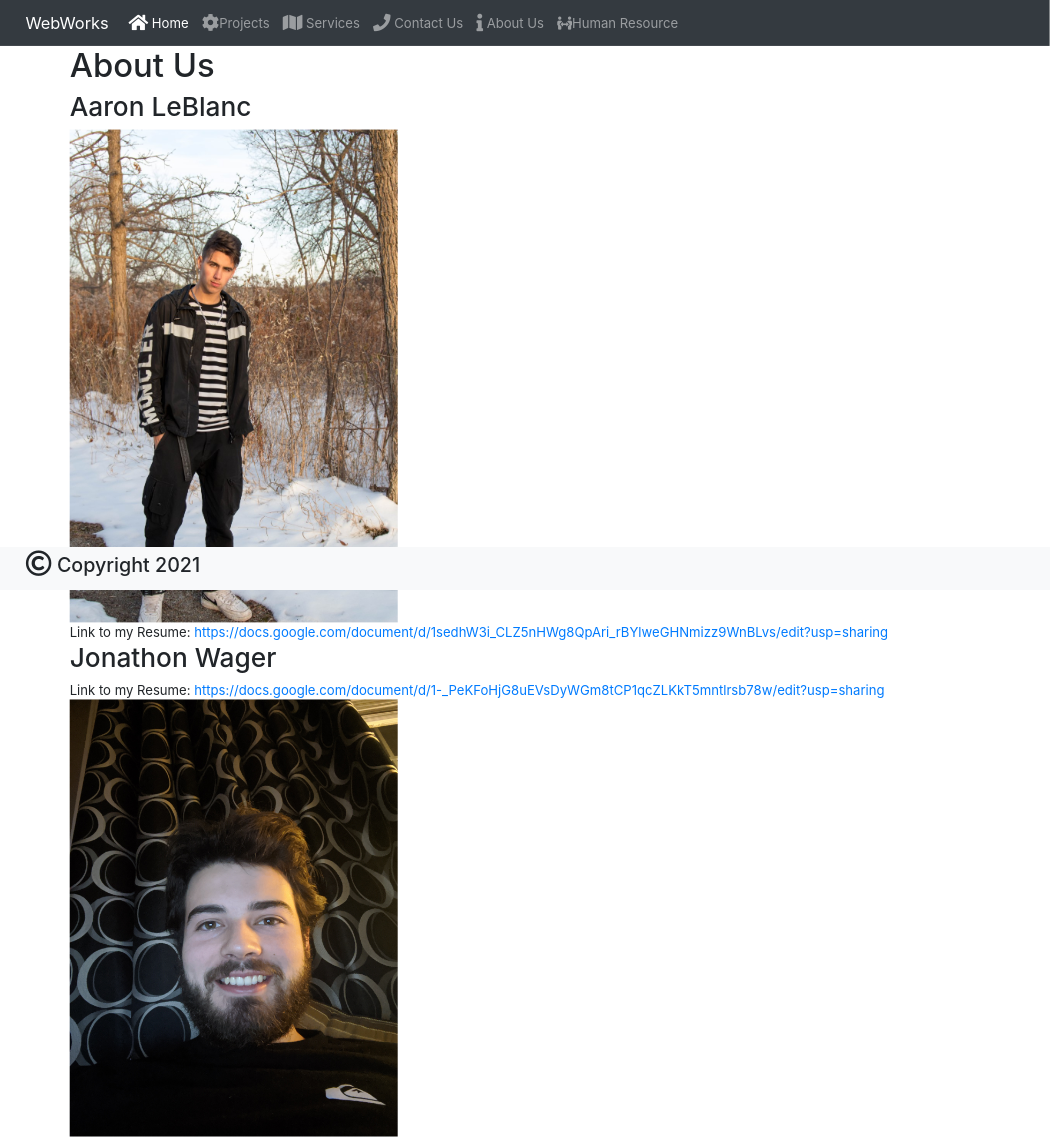
Repository: JonathonWager/Webd6202Lab1
Page: about.html
An editor plug-in stored every save of this project. The page is shown before and after the next save, followed by the edit.
The browser window is 1280 px wide. The pictures show the whole page, at 82% of full size.

Above is the page before, as saved 2021-02-05 20:08:14.
Not found: Content/app.css

After the next save:
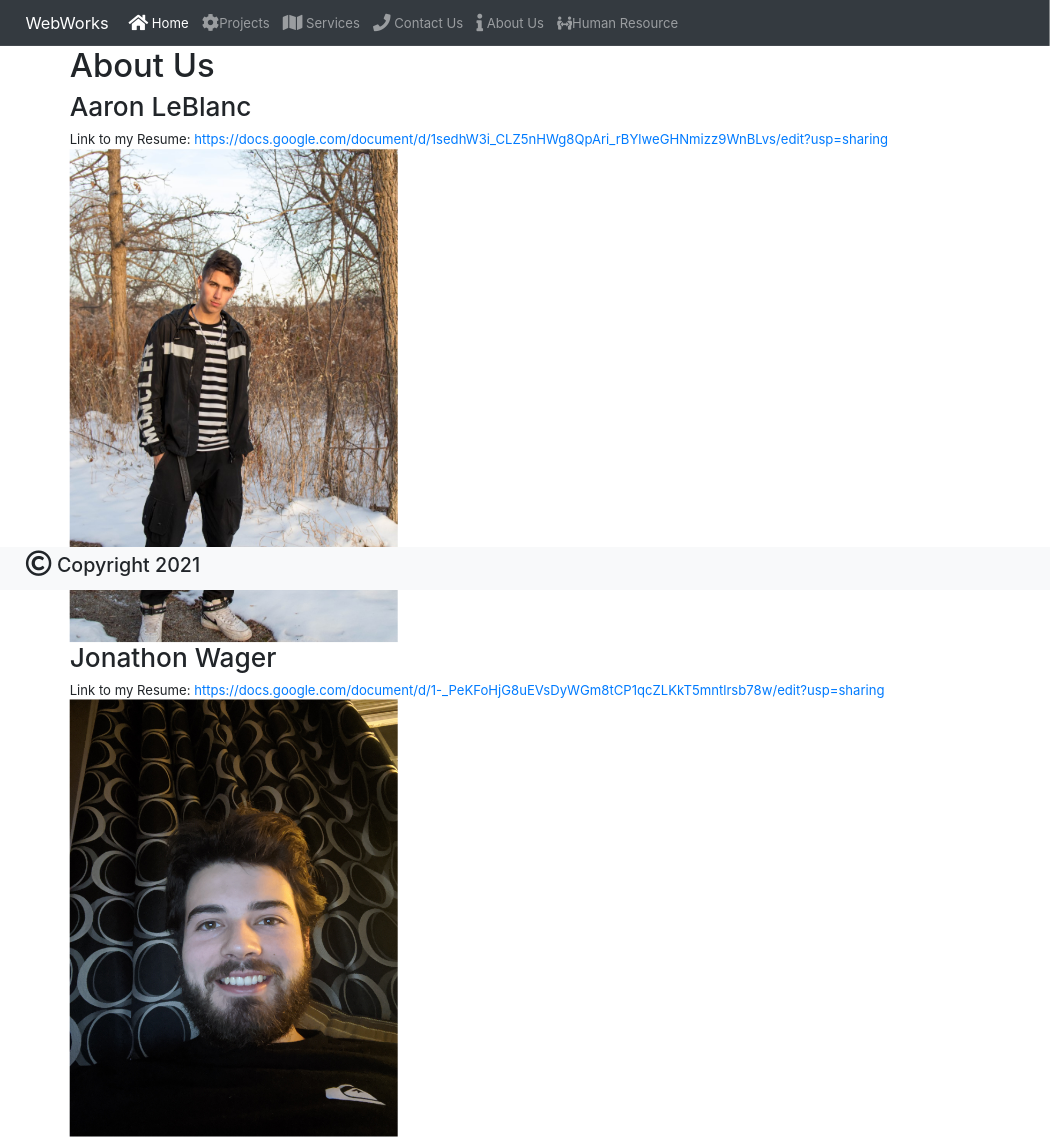
Saved 8 s later.
--- a/about.html
+++ b/about.html
@@ -49,9 +49,10 @@
     <main class="container">
       <h1>About Us</h1>
       <h2>Aaron LeBlanc</h2>
+      <div> Link to my Resume:  <a href="url">https://docs.google.com/document/d/1sedhW3i_CLZ5nHWg8QpAri_rBYlweGHNmizz9WnBLvs/edit?usp=sharing</a></div>
       <div id="AboutAaronContent"> </div>
       <img src="/Pictures/About us Page/PictureOfAaron.jpg" width = 400px; alt="Deck of Cards">
-      <div> Link to my Resume:  <a href="url">https://docs.google.com/document/d/1sedhW3i_CLZ5nHWg8QpAri_rBYlweGHNmizz9WnBLvs/edit?usp=sharing</a></div>
+
       <h2>Jonathon Wager</h2>
       <div> Link to my Resume:  <a href="url">https://docs.google.com/document/d/1-_PeKFoHjG8uEVsDyWGm8tCP1qcZLKkT5mntlrsb78w/edit?usp=sharing</a></div>
       <div id="AboutJonathonContent"> </div>
